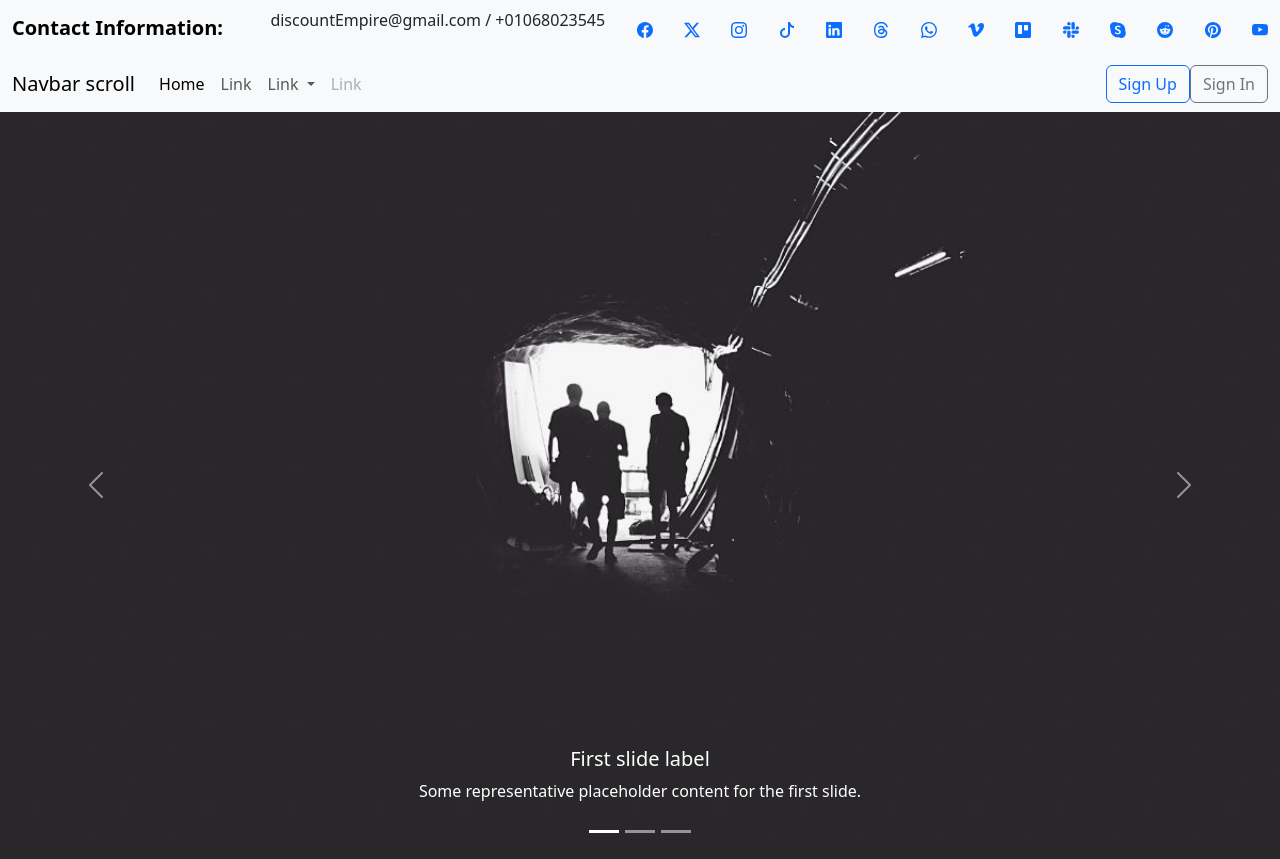
Repository: HaziimYassien/The-Discount-Empire
Page: index.html
These files come from the project's save history. The page is drawn as it stood at one moment and after the next save; the edit follows.
The browser window is 1280 px wide. The pictures show the whole page.

Above is the page before, as saved 2024-01-24 18:22:41.

### index.html
<!DOCTYPE html>
<html lang="en">
  <head>
    <meta charset="UTF-8" />
    <meta name="viewport" content="width=device-width, initial-scale=1.0" />
<link href="https://cdn.jsdelivr.net/npm/bootstrap@5.3.2/dist/css/bootstrap.min.css" rel="stylesheet" integrity="sha384-T3c6CoIi6uLrA9TneNEoa7RxnatzjcDSCmG1MXxSR1GAsXEV/Dwwykc2MPK8M2HN" crossorigin="anonymous">
<script src="https://cdn.jsdelivr.net/npm/bootstrap@5.3.2/dist/js/bootstrap.bundle.min.js" integrity="sha384-C6RzsynM9kWDrMNeT87bh95OGNyZPhcTNXj1NW7RuBCsyN/o0jlpcV8Qyq46cDfL" crossorigin="anonymous"></script>

    <title>Document</title>
  </head>
  <body>
    <!-- START _SocialMediaBar -->
<nav class="h-auto navbar sticky-top navbar-light bg-light">
  <div class="h-1 container-fluid">
    <strong class="mb-0 navbar-brand" href="#">Contact Information:  </strong>
    <p>discountEmpire@gmail.com / +01068023545</p>
    <a href="#">
 <svg xmlns="http://www.w3.org/2000/svg" width="16" height="16" fill="currentColor" class="bi bi-facebook" viewBox="0 0 16 16">
  <path d="M16 8.049c0-4.446-3.582-8.05-8-8.05C3.58 0-.002 3.603-.002 8.05c0 4.017 2.926 7.347 6.75 7.951v-5.625h-2.03V8.05H6.75V6.275c0-2.017 1.195-3.131 3.022-3.131.876 0 1.791.157 1.791.157v1.98h-1.009c-.993 0-1.303.621-1.303 1.258v1.51h2.218l-.354 2.326H9.25V16c3.824-.604 6.75-3.934 6.75-7.951"/>
</svg>
    </a>

    <a href="#">
<svg xmlns="http://www.w3.org/2000/svg" width="16" height="16" fill="currentColor" class="bi bi-twitter-x" viewBox="0 0 16 16">
  <path d="M12.6.75h2.454l-5.36 6.142L16 15.25h-4.937l-3.867-5.07-4.425 5.07H.316l5.733-6.57L0 .75h5.063l3.495 4.633L12.601.75Zm-.86 13.028h1.36L4.323 2.145H2.865z"/>
</svg>
</a>
<a href="#">
<svg xmlns="http://www.w3.org/2000/svg" width="16" height="16" fill="currentColor" class="bi bi-instagram" viewBox="0 0 16 16">
  <path d="M8 0C5.829 0 5.556.01 4.703.048 3.85.088 3.269.222 2.76.42a3.9 3.9 0 0 0-1.417.923A3.9 3.9 0 0 0 .42 2.76C.222 3.268.087 3.85.048 4.7.01 5.555 0 5.827 0 8.001c0 2.172.01 2.444.048 3.297.04.852.174 1.433.372 1.942.205.526.478.972.923 1.417.444.445.89.719 1.416.923.51.198 1.09.333 1.942.372C5.555 15.99 5.827 16 8 16s2.444-.01 3.298-.048c.851-.04 1.434-.174 1.943-.372a3.9 3.9 0 0 0 1.416-.923c.445-.445.718-.891.923-1.417.197-.509.332-1.09.372-1.942C15.99 10.445 16 10.173 16 8s-.01-2.445-.048-3.299c-.04-.851-.175-1.433-.372-1.941a3.9 3.9 0 0 0-.923-1.417A3.9 3.9 0 0 0 13.24.42c-.51-.198-1.092-.333-1.943-.372C10.443.01 10.172 0 7.998 0zm-.717 1.442h.718c2.136 0 2.389.007 3.232.046.78.035 1.204.166 1.486.275.373.145.64.319.92.599s.453.546.598.92c.11.281.24.705.275 1.485.039.843.047 1.096.047 3.231s-.008 2.389-.047 3.232c-.035.78-.166 1.203-.275 1.485a2.5 2.5 0 0 1-.599.919c-.28.28-.546.453-.92.598-.28.11-.704.24-1.485.276-.843.038-1.096.047-3.232.047s-2.39-.009-3.233-.047c-.78-.036-1.203-.166-1.485-.276a2.5 2.5 0 0 1-.92-.598 2.5 2.5 0 0 1-.6-.92c-.109-.281-.24-.705-.275-1.485-.038-.843-.046-1.096-.046-3.233s.008-2.388.046-3.231c.036-.78.166-1.204.276-1.486.145-.373.319-.64.599-.92s.546-.453.92-.598c.282-.11.705-.24 1.485-.276.738-.034 1.024-.044 2.515-.045zm4.988 1.328a.96.96 0 1 0 0 1.92.96.96 0 0 0 0-1.92m-4.27 1.122a4.109 4.109 0 1 0 0 8.217 4.109 4.109 0 0 0 0-8.217m0 1.441a2.667 2.667 0 1 1 0 5.334 2.667 2.667 0 0 1 0-5.334"/>
</svg>
</a>
<a href="#">
<svg xmlns="http://www.w3.org/2000/svg" width="16" height="16" fill="currentColor" class="bi bi-tiktok" viewBox="0 0 16 16">
  <path d="M9 0h1.98c.144.715.54 1.617 1.235 2.512C12.895 3.389 13.797 4 15 4v2c-1.753 0-3.07-.814-4-1.829V11a5 5 0 1 1-5-5v2a3 3 0 1 0 3 3z"/>
</svg>
</a>
<a href="#">
<svg xmlns="http://www.w3.org/2000/svg" width="16" height="16" fill="currentColor" class="bi bi-linkedin" viewBox="0 0 16 16">
  <path d="M0 1.146C0 .513.526 0 1.175 0h13.65C15.474 0 16 .513 16 1.146v13.708c0 .633-.526 1.146-1.175 1.146H1.175C.526 16 0 15.487 0 14.854zm4.943 12.248V6.169H2.542v7.225zm-1.2-8.212c.837 0 1.358-.554 1.358-1.248-.015-.709-.52-1.248-1.342-1.248S2.4 3.226 2.4 3.934c0 .694.521 1.248 1.327 1.248zm4.908 8.212V9.359c0-.216.016-.432.08-.586.173-.431.568-.878 1.232-.878.869 0 1.216.662 1.216 1.634v3.865h2.401V9.25c0-2.22-1.184-3.252-2.764-3.252-1.274 0-1.845.7-2.165 1.193v.025h-.016l.016-.025V6.169h-2.4c.03.678 0 7.225 0 7.225z"/>
</svg>
</a>
<a href="#">
<svg xmlns="http://www.w3.org/2000/svg" width="16" height="16" fill="currentColor" class="bi bi-threads" viewBox="0 0 16 16">
  <path d="M6.321 6.016c-.27-.18-1.166-.802-1.166-.802.756-1.081 1.753-1.502 3.132-1.502.975 0 1.803.327 2.394.948s.928 1.509 1.005 2.644q.492.207.905.484c1.109.745 1.719 1.86 1.719 3.137 0 2.716-2.226 5.075-6.256 5.075C4.594 16 1 13.987 1 7.994 1 2.034 4.482 0 8.044 0 9.69 0 13.55.243 15 5.036l-1.36.353C12.516 1.974 10.163 1.43 8.006 1.43c-3.565 0-5.582 2.171-5.582 6.79 0 4.143 2.254 6.343 5.63 6.343 2.777 0 4.847-1.443 4.847-3.556 0-1.438-1.208-2.127-1.27-2.127-.236 1.234-.868 3.31-3.644 3.31-1.618 0-3.013-1.118-3.013-2.582 0-2.09 1.984-2.847 3.55-2.847.586 0 1.294.04 1.663.114 0-.637-.54-1.728-1.9-1.728-1.25 0-1.566.405-1.967.868ZM8.716 8.19c-2.04 0-2.304.87-2.304 1.416 0 .878 1.043 1.168 1.6 1.168 1.02 0 2.067-.282 2.232-2.423a6.2 6.2 0 0 0-1.528-.161"/>
</svg>
</a>
<a href="#">
<svg xmlns="http://www.w3.org/2000/svg" width="16" height="16" fill="currentColor" class="bi bi-whatsapp" viewBox="0 0 16 16">
  <path d="M13.601 2.326A7.85 7.85 0 0 0 7.994 0C3.627 0 .068 3.558.064 7.926c0 1.399.366 2.76 1.057 3.965L0 16l4.204-1.102a7.9 7.9 0 0 0 3.79.965h.004c4.368 0 7.926-3.558 7.93-7.93A7.9 7.9 0 0 0 13.6 2.326zM7.994 14.521a6.6 6.6 0 0 1-3.356-.92l-.24-.144-2.494.654.666-2.433-.156-.251a6.56 6.56 0 0 1-1.007-3.505c0-3.626 2.957-6.584 6.591-6.584a6.56 6.56 0 0 1 4.66 1.931 6.56 6.56 0 0 1 1.928 4.66c-.004 3.639-2.961 6.592-6.592 6.592m3.615-4.934c-.197-.099-1.17-.578-1.353-.646-.182-.065-.315-.099-.445.099-.133.197-.513.646-.627.775-.114.133-.232.148-.43.05-.197-.1-.836-.308-1.592-.985-.59-.525-.985-1.175-1.103-1.372-.114-.198-.011-.304.088-.403.087-.088.197-.232.296-.346.1-.114.133-.198.198-.33.065-.134.034-.248-.015-.347-.05-.099-.445-1.076-.612-1.47-.16-.389-.323-.335-.445-.34-.114-.007-.247-.007-.38-.007a.73.73 0 0 0-.529.247c-.182.198-.691.677-.691 1.654s.71 1.916.81 2.049c.098.133 1.394 2.132 3.383 2.992.47.205.84.326 1.129.418.475.152.904.129 1.246.08.38-.058 1.171-.48 1.338-.943.164-.464.164-.86.114-.943-.049-.084-.182-.133-.38-.232"/>
</svg>
</a>
<a href="#">
<svg xmlns="http://www.w3.org/2000/svg" width="16" height="16" fill="currentColor" class="bi bi-vimeo" viewBox="0 0 16 16">
  <path d="M15.992 4.204q-.106 2.334-3.262 6.393-3.263 4.243-5.522 4.243-1.4 0-2.367-2.583L3.55 7.523Q2.83 4.939 2.007 4.94q-.178.001-1.254.754L0 4.724a210 210 0 0 0 2.334-2.081q1.581-1.364 2.373-1.437 1.865-.185 2.298 2.553.466 2.952.646 3.666.54 2.447 1.186 2.445.5 0 1.508-1.587 1.006-1.587 1.077-2.415.144-1.37-1.077-1.37a3 3 0 0 0-1.185.261q1.183-3.86 4.508-3.756 2.466.075 2.324 3.2z"/>
</svg>
</a>
<a href="#">
<svg xmlns="http://www.w3.org/2000/svg" width="16" height="16" fill="currentColor" class="bi bi-trello" viewBox="0 0 16 16">
  <path d="M14.1 0H1.903C.852 0 .002.85 0 1.9v12.19A1.9 1.9 0 0 0 1.902 16h12.199A1.9 1.9 0 0 0 16 14.09V1.9A1.9 1.9 0 0 0 14.1 0M7 11.367a.636.636 0 0 1-.64.633H3.593a.633.633 0 0 1-.63-.633V3.583c0-.348.281-.631.63-.633h2.765c.35.002.632.284.633.633zm6.052-3.5a.633.633 0 0 1-.64.633h-2.78A.636.636 0 0 1 9 7.867V3.583a.636.636 0 0 1 .633-.633h2.778c.35.002.631.285.631.633z"/>
</svg>
</a>
<a href="#">
<svg xmlns="http://www.w3.org/2000/svg" width="16" height="16" fill="currentColor" class="bi bi-slack" viewBox="0 0 16 16">
  <path d="M3.362 10.11c0 .926-.756 1.681-1.681 1.681S0 11.036 0 10.111.756 8.43 1.68 8.43h1.682zm.846 0c0-.924.756-1.68 1.681-1.68s1.681.756 1.681 1.68v4.21c0 .924-.756 1.68-1.68 1.68a1.685 1.685 0 0 1-1.682-1.68zM5.89 3.362c-.926 0-1.682-.756-1.682-1.681S4.964 0 5.89 0s1.68.756 1.68 1.68v1.682zm0 .846c.924 0 1.68.756 1.68 1.681S6.814 7.57 5.89 7.57H1.68C.757 7.57 0 6.814 0 5.89c0-.926.756-1.682 1.68-1.682zm6.749 1.682c0-.926.755-1.682 1.68-1.682S16 4.964 16 5.889s-.756 1.681-1.68 1.681h-1.681zm-.848 0c0 .924-.755 1.68-1.68 1.68A1.685 1.685 0 0 1 8.43 5.89V1.68C8.43.757 9.186 0 10.11 0c.926 0 1.681.756 1.681 1.68zm-1.681 6.748c.926 0 1.682.756 1.682 1.681S11.036 16 10.11 16s-1.681-.756-1.681-1.68v-1.682h1.68zm0-.847c-.924 0-1.68-.755-1.68-1.68s.756-1.681 1.68-1.681h4.21c.924 0 1.68.756 1.68 1.68 0 .926-.756 1.681-1.68 1.681z"/>
</svg>
</a>
<a href="#">
<svg xmlns="http://www.w3.org/2000/svg" width="16" height="16" fill="currentColor" class="bi bi-skype" viewBox="0 0 16 16">
  <path d="M4.671 0c.88 0 1.733.247 2.468.702a7.42 7.42 0 0 1 6.02 2.118 7.37 7.37 0 0 1 2.167 5.215q0 .517-.072 1.026a4.66 4.66 0 0 1 .6 2.281 4.64 4.64 0 0 1-1.37 3.294A4.67 4.67 0 0 1 11.18 16c-.84 0-1.658-.226-2.37-.644a7.42 7.42 0 0 1-6.114-2.107A7.37 7.37 0 0 1 .529 8.035q0-.545.08-1.081a4.644 4.644 0 0 1 .76-5.59A4.68 4.68 0 0 1 4.67 0zm.447 7.01c.18.309.43.572.729.769a7 7 0 0 0 1.257.653q.737.308 1.145.523c.229.112.437.264.615.448.135.142.21.331.21.528a.87.87 0 0 1-.335.723c-.291.196-.64.289-.99.264a2.6 2.6 0 0 1-1.048-.206 11 11 0 0 1-.532-.253 1.3 1.3 0 0 0-.587-.15.72.72 0 0 0-.501.176.63.63 0 0 0-.195.491.8.8 0 0 0 .148.482 1.2 1.2 0 0 0 .456.354 5.1 5.1 0 0 0 2.212.419 4.6 4.6 0 0 0 1.624-.265 2.3 2.3 0 0 0 1.08-.801c.267-.39.402-.855.386-1.327a2.1 2.1 0 0 0-.279-1.101 2.5 2.5 0 0 0-.772-.792A7 7 0 0 0 8.486 7.3a1 1 0 0 0-.145-.058 18 18 0 0 1-1.013-.447 1.8 1.8 0 0 1-.54-.387.73.73 0 0 1-.2-.508.8.8 0 0 1 .385-.723 1.76 1.76 0 0 1 .968-.247c.26-.003.52.03.772.096q.412.119.802.293c.105.049.22.075.336.076a.6.6 0 0 0 .453-.19.7.7 0 0 0 .18-.496.72.72 0 0 0-.17-.476 1.4 1.4 0 0 0-.556-.354 3.7 3.7 0 0 0-.708-.183 6 6 0 0 0-1.022-.078 4.5 4.5 0 0 0-1.536.258 2.7 2.7 0 0 0-1.174.784 1.9 1.9 0 0 0-.45 1.287c-.01.37.076.736.25 1.063"/>
</svg>
</a>
<a href="#">
<svg xmlns="http://www.w3.org/2000/svg" width="16" height="16" fill="currentColor" class="bi bi-reddit" viewBox="0 0 16 16">
  <path d="M6.167 8a.83.83 0 0 0-.83.83c0 .459.372.84.83.831a.831.831 0 0 0 0-1.661m1.843 3.647c.315 0 1.403-.038 1.976-.611a.23.23 0 0 0 0-.306.213.213 0 0 0-.306 0c-.353.363-1.126.487-1.67.487-.545 0-1.308-.124-1.671-.487a.213.213 0 0 0-.306 0 .213.213 0 0 0 0 .306c.564.563 1.652.61 1.977.61zm.992-2.807c0 .458.373.83.831.83s.83-.381.83-.83a.831.831 0 0 0-1.66 0z"/>
  <path d="M16 8A8 8 0 1 1 0 8a8 8 0 0 1 16 0m-3.828-1.165c-.315 0-.602.124-.812.325-.801-.573-1.9-.945-3.121-.993l.534-2.501 1.738.372a.83.83 0 1 0 .83-.869.83.83 0 0 0-.744.468l-1.938-.41a.2.2 0 0 0-.153.028.2.2 0 0 0-.086.134l-.592 2.788c-1.24.038-2.358.41-3.17.992-.21-.2-.496-.324-.81-.324a1.163 1.163 0 0 0-.478 2.224q-.03.17-.029.353c0 1.795 2.091 3.256 4.669 3.256s4.668-1.451 4.668-3.256c0-.114-.01-.238-.029-.353.401-.181.688-.592.688-1.069 0-.65-.525-1.165-1.165-1.165"/>
</svg>
</a>
<a href="#">
<svg xmlns="http://www.w3.org/2000/svg" width="16" height="16" fill="currentColor" class="bi bi-pinterest" viewBox="0 0 16 16">
  <path d="M8 0a8 8 0 0 0-2.915 15.452c-.07-.633-.134-1.606.027-2.297.146-.625.938-3.977.938-3.977s-.239-.479-.239-1.187c0-1.113.645-1.943 1.448-1.943.682 0 1.012.512 1.012 1.127 0 .686-.437 1.712-.663 2.663-.188.796.4 1.446 1.185 1.446 1.422 0 2.515-1.5 2.515-3.664 0-1.915-1.377-3.254-3.342-3.254-2.276 0-3.612 1.707-3.612 3.471 0 .688.265 1.425.595 1.826a.24.24 0 0 1 .056.23c-.061.252-.196.796-.222.907-.035.146-.116.177-.268.107-1-.465-1.624-1.926-1.624-3.1 0-2.523 1.834-4.84 5.286-4.84 2.775 0 4.932 1.977 4.932 4.62 0 2.757-1.739 4.976-4.151 4.976-.811 0-1.573-.421-1.834-.919l-.498 1.902c-.181.695-.669 1.566-.995 2.097A8 8 0 1 0 8 0"/>
</svg>
</a>
<a href="#">
<svg xmlns="http://www.w3.org/2000/svg" width="16" height="16" fill="currentColor" class="bi bi-youtube" viewBox="0 0 16 16">
  <path d="M8.051 1.999h.089c.822.003 4.987.033 6.11.335a2.01 2.01 0 0 1 1.415 1.42c.101.38.172.883.22 1.402l.01.104.022.26.008.104c.065.914.073 1.77.074 1.957v.075c-.001.194-.01 1.108-.082 2.06l-.008.105-.009.104c-.05.572-.124 1.14-.235 1.558a2.01 2.01 0 0 1-1.415 1.42c-1.16.312-5.569.334-6.18.335h-.142c-.309 0-1.587-.006-2.927-.052l-.17-.006-.087-.004-.171-.007-.171-.007c-1.11-.049-2.167-.128-2.654-.26a2.01 2.01 0 0 1-1.415-1.419c-.111-.417-.185-.986-.235-1.558L.09 9.82l-.008-.104A31 31 0 0 1 0 7.68v-.123c.002-.215.01-.958.064-1.778l.007-.103.003-.052.008-.104.022-.26.01-.104c.048-.519.119-1.023.22-1.402a2.01 2.01 0 0 1 1.415-1.42c.487-.13 1.544-.21 2.654-.26l.17-.007.172-.006.086-.003.171-.007A100 100 0 0 1 7.858 2zM6.4 5.209v4.818l4.157-2.408z"/>
</svg>
</a>
  </div>
</nav>
    <!-- END _SocialMediaBar -->
    <!-- START _NavBar -->
    <nav class="navbar navbar-expand-lg navbar-light bg-light sticky-top">
      <div class="container-fluid">
        <a class="navbar-brand" href="#">Navbar scroll</a>
        <button
          class="navbar-toggler"
          type="button"
          data-bs-toggle="collapse"
          data-bs-target="#navbarScroll"
          aria-controls="navbarScroll"
          aria-expanded="false"
          aria-label="Toggle navigation"
        >
          <span class="navbar-toggler-icon"></span>
        </button>
        <div class="collapse navbar-collapse" id="navbarScroll">
          <ul
            class="navbar-nav me-auto my-2 my-lg-0 navbar-nav-scroll"
            style="--bs-scroll-height: 100px"
          >
            <li class="nav-item">
              <a class="nav-link active" aria-current="page" href="#">Home</a>
            </li>
            <li class="nav-item">
              <a class="nav-link" href="#">Link</a>
            </li>
            <li class="nav-item dropdown">
              <a
                class="nav-link dropdown-toggle"
                href="#"
                id="navbarScrollingDropdown"
                role="button"
                data-bs-toggle="dropdown"
                aria-expanded="false"
              >
                Link
              </a>
              <ul
                class="dropdown-menu"
                aria-labelledby="navbarScrollingDropdown"
              >
                <li><a class="dropdown-item" href="#">Action</a></li>
                <li><a class="dropdown-item" href="#">Another action</a></li>
                <li><hr class="dropdown-divider" /></li>
                <li>
                  <a class="dropdown-item" href="#">Something else here</a>
                </li>
              </ul>
            </li>
            <li class="nav-item">
              <a
                class="nav-link disabled"
                href="#"
                tabindex="-1"
                aria-disabled="true"
                >Link</a
              >
            </li>
          </ul>

            <button class="btn btn-outline-primary" type="#">
              Sign Up
            </button>
              <button class="btn btn-outline-secondary" type="#">
              Sign In
            </button>
          </form>
        </div>
      </div>
    </nav>
    <!-- END _NavBar -->


    <!-- START _Gallery -->

<div id="carouselExampleDark" class="carousel carousel-light slide" data-bs-ride="carousel">
  <div class="carousel-indicators">
    <button type="button" data-bs-target="#carouselExampleDark" data-bs-slide-to="0" class="active" aria-current="true" aria-label="Slide 1"></button>
    <button type="button" data-bs-target="#carouselExampleDark" data-bs-slide-to="1" aria-label="Slide 2"></button>
    <button type="button" data-bs-target="#carouselExampleDark" data-bs-slide-to="2" aria-label="Slide 3"></button>
  </div>
  <div class="carousel-inner">
    <div class="carousel-item active" data-bs-interval="10000">
      <img src="/img/la.jpg" class="d-block w-100" alt="...">
      <div class="carousel-caption d-none d-md-block">
        <h5>First slide label</h5>
        <p>Some representative placeholder content for the first slide.</p>
      </div>
    </div>
    <div class="carousel-item" data-bs-interval="2000">
      <img src="/img/la.jpg" class="d-block w-100" alt="...">
      <div class="carousel-caption d-none d-md-block">
        <h5>Second slide label</h5>
        <p>Some representative placeholder content for the second slide.</p>
      </div>
    </div>
    <div class="carousel-item">
      <img src="/img/la.jpg" class="d-block w-100" alt="...">
      <div class="carousel-caption d-none d-md-block">
        <h5>Third slide label</h5>
        <p>Some representative placeholder content for the third slide.</p>
      </div>
    </div>
  </div>
  <button class="carousel-control-prev" type="button" data-bs-target="#carouselExampleDark" data-bs-slide="prev">
    <span class="carousel-control-prev-icon" aria-hidden="true"></span>
    <span class="visually-hidden">Previous</span>
  </button>
  <button class="carousel-control-next" type="button" data-bs-target="#carouselExampleDark" data-bs-slide="next">
    <span class="carousel-control-next-icon" aria-hidden="true"></span>
    <span class="visually-hidden">Next</span>
  </button>
</div>
    <!-- END _Gallery -->



    <!-- START _Services -->



    <!-- END _Services -->
  </body>
</html>

After the next save:
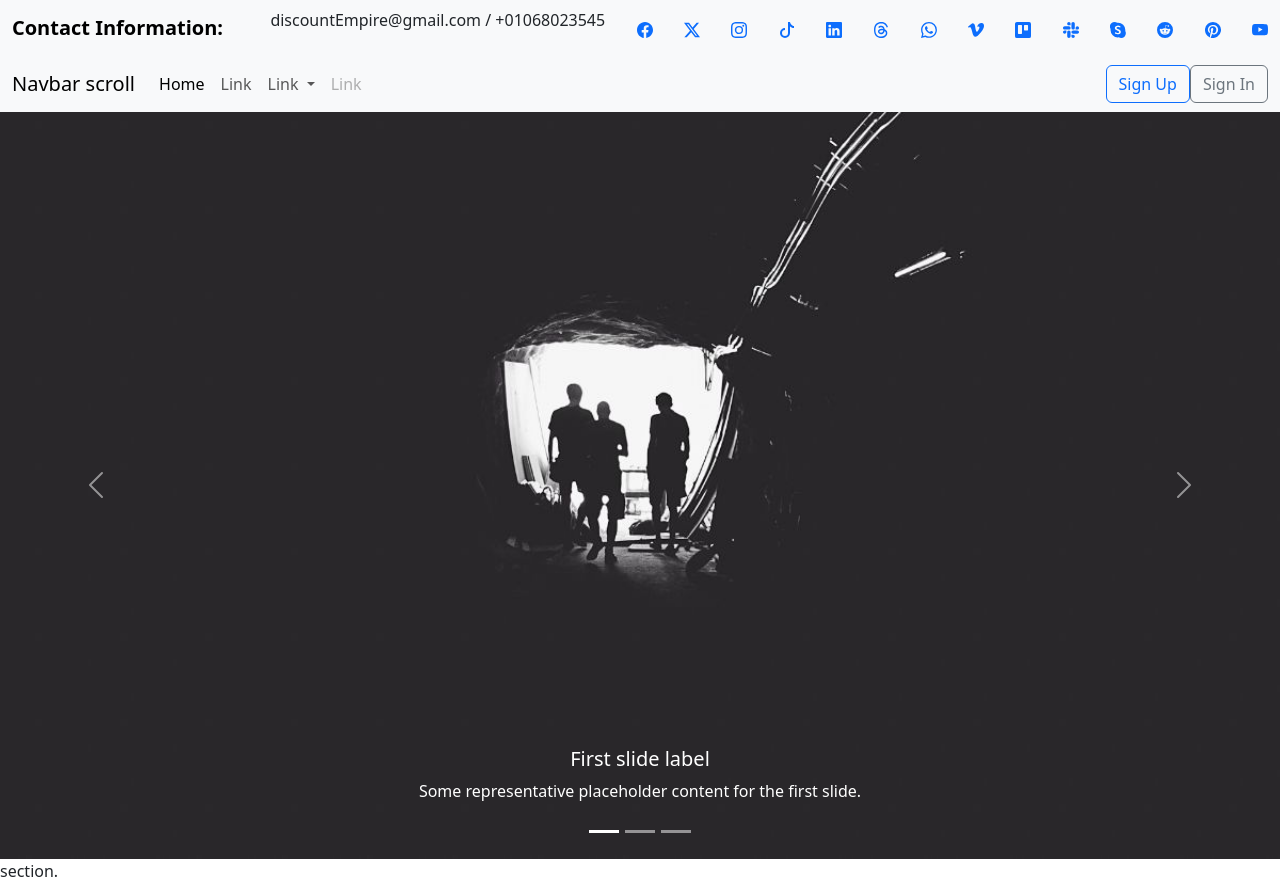
Saved 2 min 39 s later.
--- a/index.html
+++ b/index.html
@@ -209,7 +209,7 @@
     <!-- START _Services -->
 
 
-
+    section.
     <!-- END _Services -->
   </body>
 </html>
